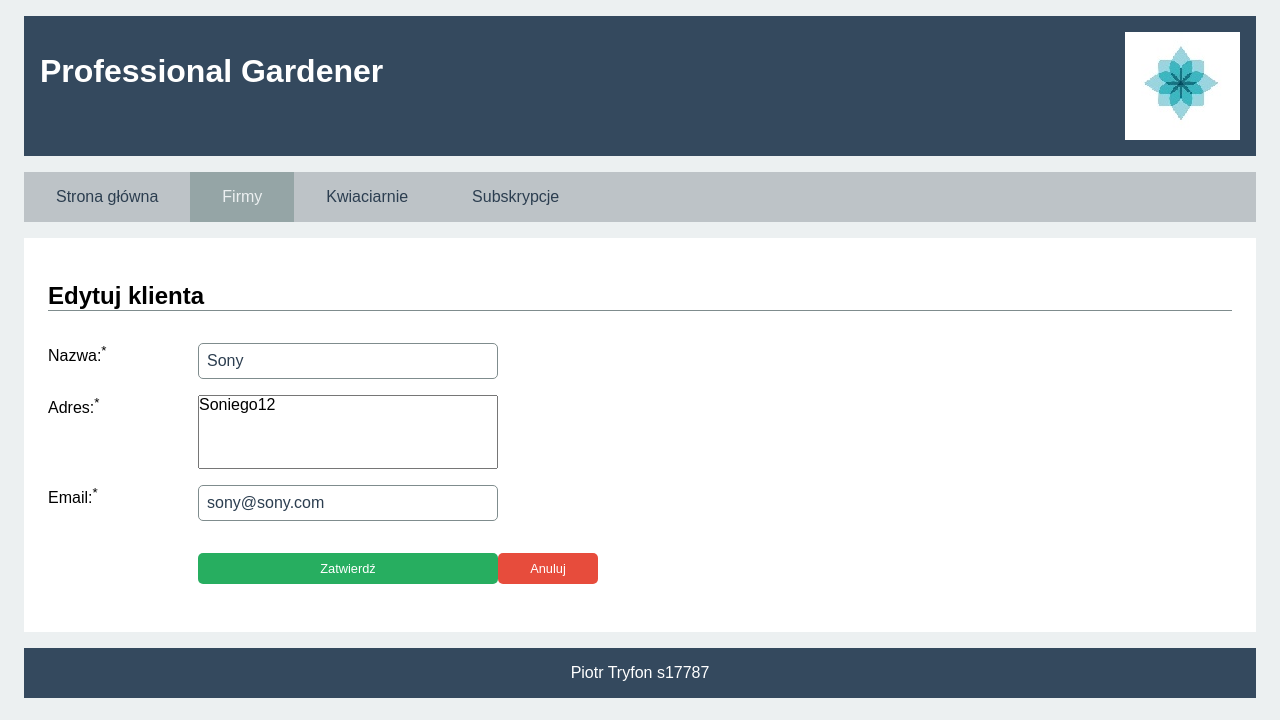
Repository: s17787/TIN
Page: tin_zaoczne_12_s17787_html-css/pages/client-edit.html
The author's editor kept a copy of each file at every save. The page is drawn from the files as they stood at one save, then again after the next save.
The browser window is 1280 px wide. The pictures show the whole page.

Above is the page before, as saved 2021-01-06 08:04:22.

### tin_zaoczne_12_s17787_html-css/pages/client-edit.html
<!DOCTYPE html>
<html lang="pl-PL">
<head>
    <meta charset="UTF-8">
    <meta name="viewport" content="width=device-width, initial-scale=1.0">
    <title>Professional Gardener</title>
    <link rel="stylesheet" href="../css/style.css" type="text/css"/>
</head>
<body>
    <header>
        <h1>Professional Gardener</h1>
        <img src="../images/logo.jpg" alt="Professional Gardener">
    </header>
    <nav>
        <ul>
            <li><a href="../index.html" >Strona główna</a></li>
            <li><a href="client-list.html" class="active">Firmy</a></li>
            <li><a href="florist-list.html" >Kwiaciarnie</a></li>
            <li><a href="subscription-list.html" >Subskrypcje</a></li>
        </ul>
    </nav>
    <main>
        <h2>Edytuj klienta</h2>
        <form class="form">
            <!--<div class="form-group">-->
                <label for="Name">Nazwa:<sup>*</sup></label>
                <input type="text" name="Name" id="Name" value="Sony"/>
                <span id="errorName" class="errors-text"></span>
            <!--</div>-->
            <!--<div class="form-group">-->
                <label for="Adres">Adres:<sup>*</sup></label>
                <textarea type="text" name="Adres" id="Adres" rows="4" cols="10" style="resize: none;">Soniego12</textarea>
                <span id="errorAddress" class="errors-text"></span>
            <!--</div>-->
            <!--<div class="form-group">-->
                <label for="email">Email:<sup>*</sup></label>
                <input type="email" name="email" id="email" value="sony@sony.com"/>
                <span id="errorEmail" class="errors-text"></span>
            <!--</div>-->
            <!--<div class="form-group">-->
                <p id="errorsSummary" class="errors-text"></p>
                <p><a href="client-details.html" class="form-button-submit" >Zatwierdź</a></p>
                <p><a href="client-details.html" class="form-button-cancel" >Anuluj</a></p>
            <!--</div>-->
        </form>
    </main>
    <footer>
        Piotr Tryfon s17787
    </footer>
</body>
</html>

### tin_zaoczne_12_s17787_html-css/css/style.css
html {
    background-color: #ecf0f1;
    font-family: sans-serif;
}

body {
    min-width: 360px;
  }

header,
main,
footer {
    background-color: white;
}

header,
main,
footer,
nav {
    margin: 1rem;
}

header,
footer {
    background-color: #34495e;
    color: white;
    padding: 1rem;
}

header {
    display: flex;
    justify-content: space-between;
}

nav {
    background-color: #bdc3c7;
}

nav ul {
    display: flex;
    padding: 0;
    list-style-type: none;
}

nav ul li a {
    display: inline-block;
    color: #2c3e50;
    padding: 1rem 2rem;
    text-decoration: none;
}

nav ul li a:hover {
    background-color: #d35400;
    color: #ecf0f1;
}

nav ul li a.active {
    background-color: #95a5a6;
    color: #ecf0f1;
}

main {
    padding: 1.5rem;
}

footer {
    text-align: center;
}

main h2 {
    border-bottom: 1px solid #7f8c8d;
    margin-bottom: 2rem;
}

.table-list {
    border-collapse: collapse;
    color:#2c3e50;
    width: 100%;
}

.table-list,
.table-list th,
.table-list td {
    border: 1px solid #bdc3c7;
}

.table-list th,
.table-list td {
    padding: 0.5rem;
}

.table-list th,
.table-list tbody tr:nth-child(even) {
    background-color: #ecf0f1;
}

.list-actions {
    margin: 0;
    text-align: center;
    list-style-type: none;
    padding: 0;
}

.list-actions li {
    display: inline-block;
}

.list-actions-button-details,
.list-actions-button-edit,
.list-actions-button-delete {
    display: inline-block;
    width: 75px;
    padding: 0.25rem 0.5rem;
}

.list-actions-button-details,
.list-actions-button-edit,
.list-actions-button-delete,
.button-add,
.form-button-submit,
.form-button-cancel {
    border: none;
    border-radius: 5px;
    color: white;
    text-decoration: none;
    text-align: center;
    font-size: 0.8rem;
}

.list-actions-button-details,
.list-actions-button-edit {
    margin-right: 1rem;
}

.list-actions-button-details {
    background-color: #2980b9;
}
.list-actions-button-details:hover {
    background-color: #3498db;
}

.list-actions-button-edit {
    background-color: #f39c12;
}

.list-actions-button-edit:hover {
    background-color: #f1c40f;
}

.form-button-cancel,
.list-actions-button-delete {
    background-color: #c0392b;
}

.form-button-cancel,
.list-actions-button-delete:hover {
    background-color: #e74c3c;
}

.button-add,
.form-button-submit,
.form-button-cancel {
    padding: 0.5rem 1rem;
}

.button-add,
.form-button-submit {
    background-color: #27ae60;
}

.button-add:hover,
.form-button-submit:hover {
    background-color: #2ecc71;
}

button,
input,
select,
textarea {
    font-family: inherit;
    font-size: 100%;
    box-sizing: border-box;
    padding: 0; margin: 0;
}

textarea {
    overflow: auto;
}

.form {
    display: grid;
    grid-template-columns: 150px 300px 100px;
    row-gap: 1rem;
}

.form select,
.form input[type="text"],
.form input[type="number"],
.form input[type="date"],
.form input[type="email"] {
    border: 1px solid #7f8c8d;
    color:#2c3e50;
    border-radius: 5px;
    padding: 0.5rem;
    width: 100%;
}

.form label {
    display: block;
    margin-bottom: 0.5em;
}

.form-group {
    margin-bottom: 1rem;
}

abbr[title='required'] {
    color: #c0392b;
}

.form-buttons {
    grid-column-start: 1;
    grid-column-end: -1;
}

.form-button-submit,
.form-button-cancel {
    width: 100%;
}

.form-button-submit,
.form-button-cancel {
    box-sizing: border-box;
    display: block;
}

.form-button-submit {
    margin-bottom: 0.5rem;
}

@media all and (max-width:720px) {
    header {
        flex-direction: column;
    }

    header h1 {
        text-align: center;
    }

    header img {
        align-self: center;
    }
}

@media all and (max-width: 400px) {
    body,
    nav,
    nav ul,
    header,
    main,
    footer {
        margin: 0;
    }
}

@media all and (max-width:720px) {
    nav ul {
        flex-wrap: wrap;
    }

    nav ul li {
        flex-basis: 50%;
        text-align: center;
    }

    nav ul li a {
        display: block;
    }
}

@media all and (max-width: 400px) {
    nav ul li {
        flex-basis: 100%;
    }
}

@media all and (max-width: 720px) {
    .form {
        grid-template-columns: 1fr;
        row-gap:unset;
        margin-left: unset;
    }

    .form input[type="text"],
    .form input[type="number"],
    .form input[type="date"],
    .form select {
        margin-bottom: 1rem;
    }
}

After the next save:
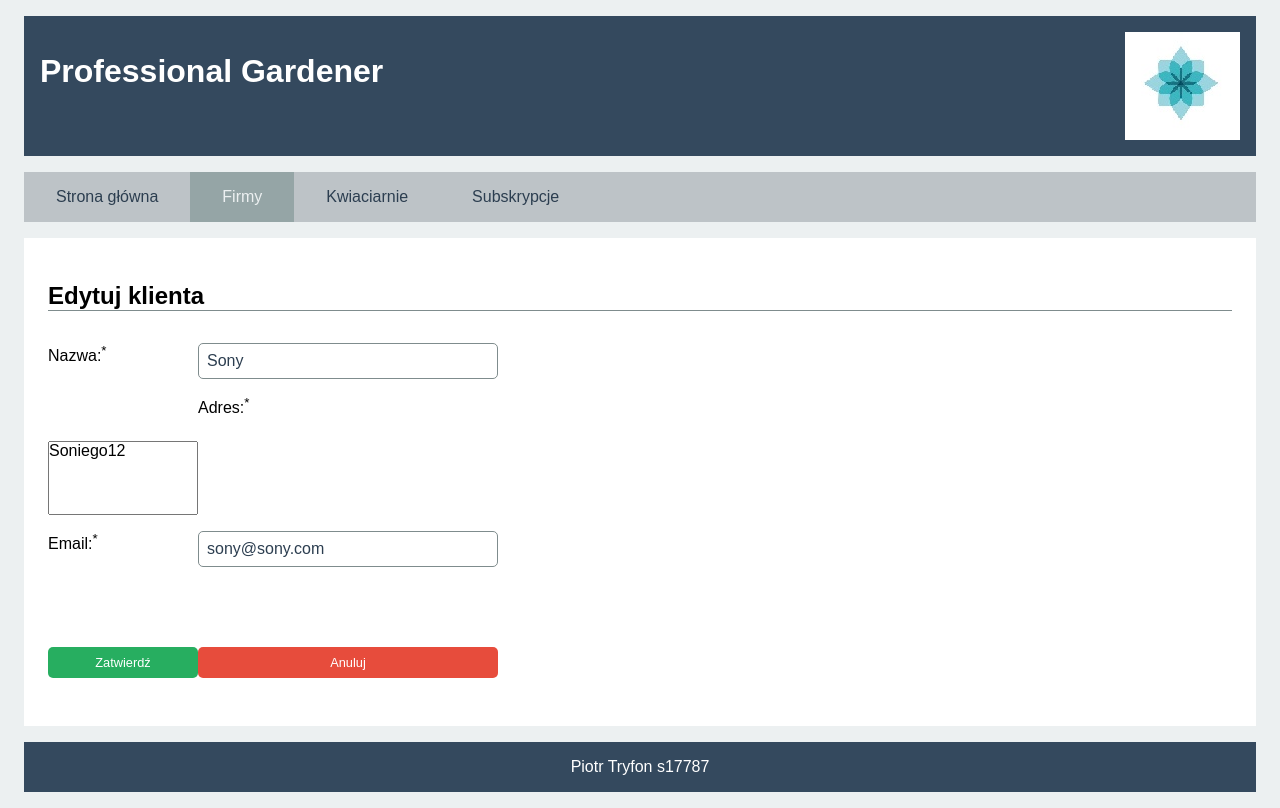
Saved 50 s later.
--- a/tin_zaoczne_12_s17787_html-css/css/style.css
+++ b/tin_zaoczne_12_s17787_html-css/css/style.css
@@ -189,7 +189,7 @@ textarea {
 
 .form {
     display: grid;
-    grid-template-columns: 150px 300px 100px;
+    grid-template-columns: 150px 300px;
     row-gap: 1rem;
 }
 
